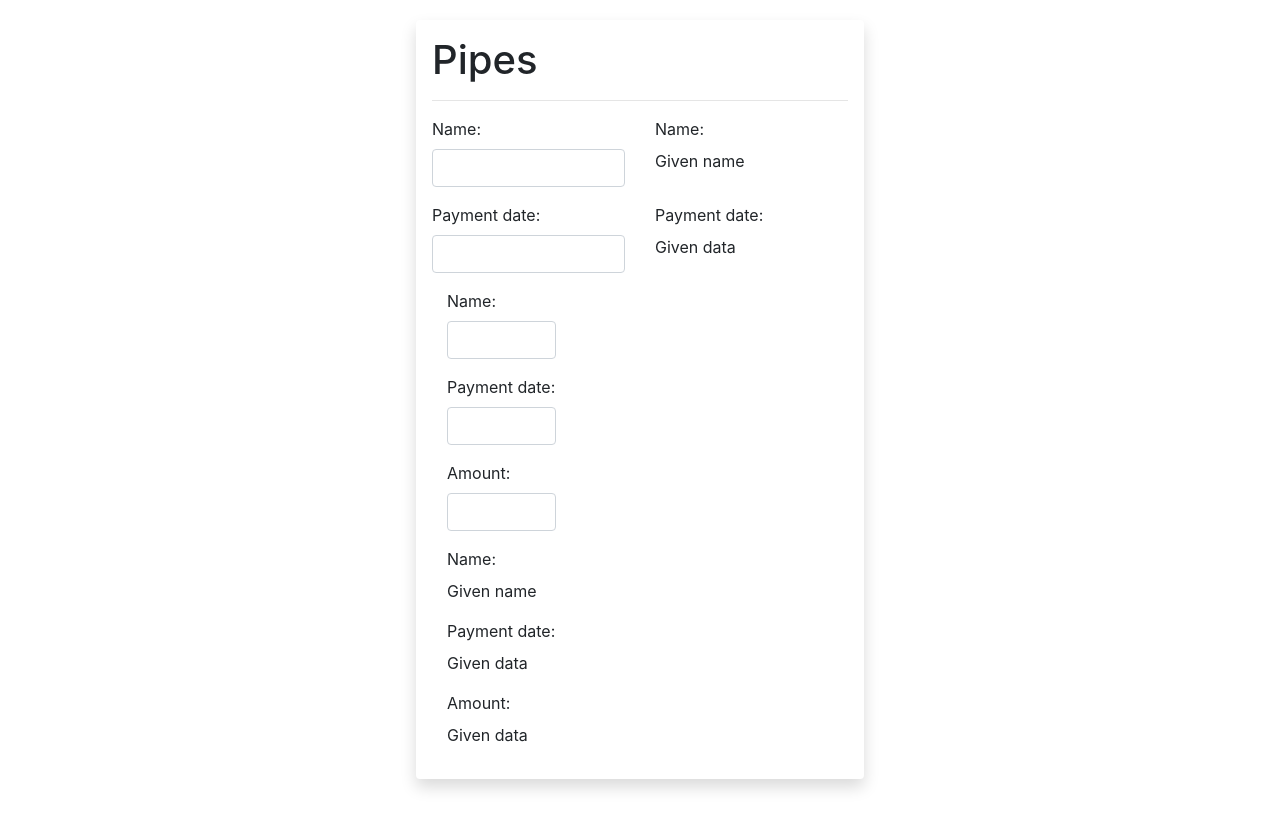
Repository: Evincars/udemy-angular
Page: / (app in pipes/)
The author's editor kept a copy of each file at every save. The page is drawn from the files as they stood at one save, then again after the next save.
The browser window is 1280 px wide. The pictures show the whole page.
The project was rebuilt for these pictures with package versions that can differ from the ones it lists, and the page was loaded fresh each time. Also part of the build but not shown: pipes/angular.json.

Above is the page before, as saved 2020-04-05 10:18:15.

### pipes/src/app/app.component.html
<div class="container shadow p-3 mb-5 bg-white rounded">
  <h1>Pipes</h1>
  <hr />
  <div class="row">
    <div class="col-md-6">
      <div class="form-group">
        <label>Name:</label>
        <input
          type="text"
          class="form-control"
          (input)="onNameChange($event.target.value)"
        />
      </div>
    </div>
    <div class="col-md-6">
      <label>Name:</label>
      <p>Given name</p>
    </div>
  </div>
  <div class="row">
    <div class="col-md-6">
      <div class="form-group">
        <label>Payment date:</label>
        <input type="text" class="form-control" />
      </div>
    </div>
    <div class="col-md-6">
      <label>Payment date:</label>
      <p>Given data</p>
    </div>
  </div>
  <div class="col-md-4">
    <!-- <form> -->
    <div class="form-group">
      <label>Name:</label>
      <input
        type="text"
        class="form-control"
        (input)="onNameChange($event.target.value)"
      />
    </div>
    <div class="form-group">
      <label>Payment date:</label>
      <input type="text" class="form-control" />
    </div>
    <div class="form-group">
      <label>Amount:</label>
      <input type="text" class="form-control" />
    </div>
    <!-- </form> -->
  </div>
  <div class="col-md-8">
    <label>Name:</label>
    <p>Given name</p>
    <label>Payment date:</label>
    <p>Given data</p>
    <label>Amount:</label>
    <p>Given data</p>
  </div>
</div>

### pipes/src/app/app.component.scss
.container {
  margin-top: 20px;
  width: 35%;
}

Loaded but not shown: pipes/src/index.html (common file); pipes/src/styles.scss (common file); pipes/src/main.ts (common file); pipes/src/app/app.module.ts (common file); pipes/src/environments/environment.ts (common file); pipes/src/app/app.component.ts (common file)

After the next save:
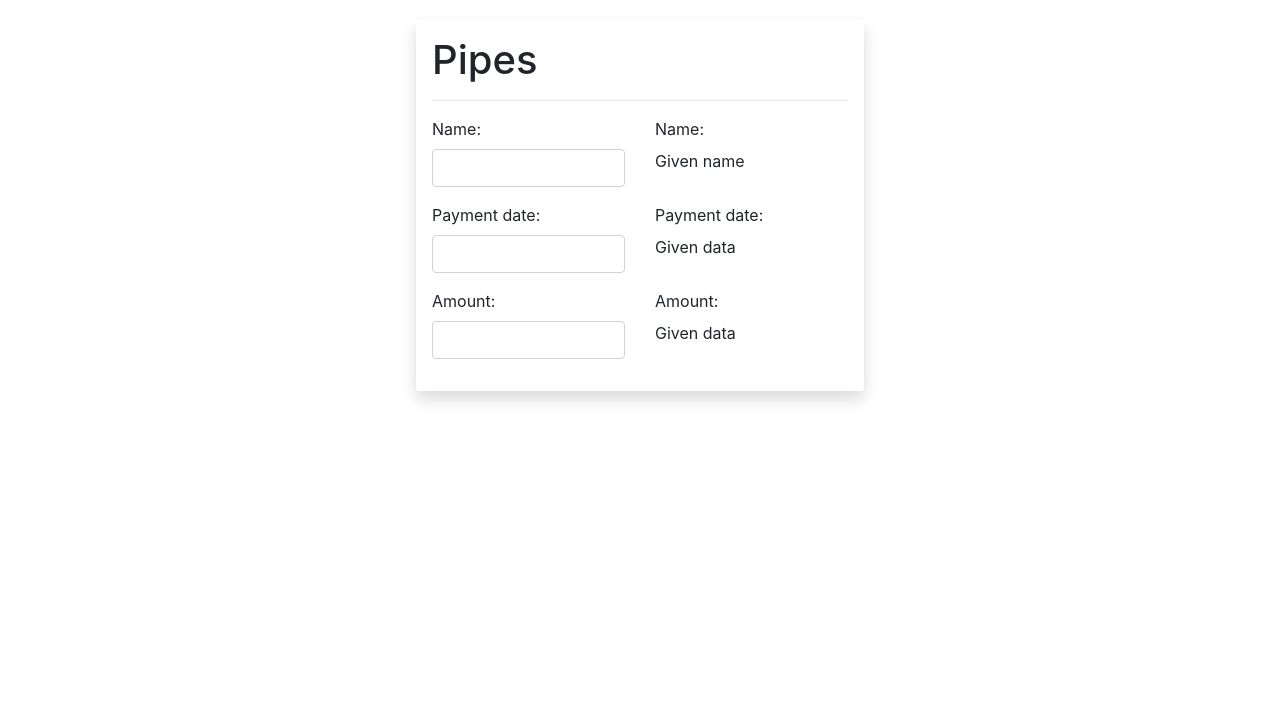
Saved 34 s later.
--- a/pipes/src/app/app.component.html
+++ b/pipes/src/app/app.component.html
@@ -29,32 +29,16 @@
       <p>Given data</p>
     </div>
   </div>
-  <div class="col-md-4">
-    <!-- <form> -->
-    <div class="form-group">
-      <label>Name:</label>
-      <input
-        type="text"
-        class="form-control"
-        (input)="onNameChange($event.target.value)"
-      />
+  <div class="row">
+    <div class="col-md-6">
+      <div class="form-group">
+        <label>Amount:</label>
+        <input type="text" class="form-control" />
+      </div>
     </div>
-    <div class="form-group">
-      <label>Payment date:</label>
-      <input type="text" class="form-control" />
+    <div class="col-md-6">
+      <label>Amount:</label>
+    <p>Given data</p>
     </div>
-    <div class="form-group">
-      <label>Amount:</label>
-      <input type="text" class="form-control" />
-    </div>
-    <!-- </form> -->
-  </div>
-  <div class="col-md-8">
-    <label>Name:</label>
-    <p>Given name</p>
-    <label>Payment date:</label>
-    <p>Given data</p>
-    <label>Amount:</label>
-    <p>Given data</p>
   </div>
 </div>
